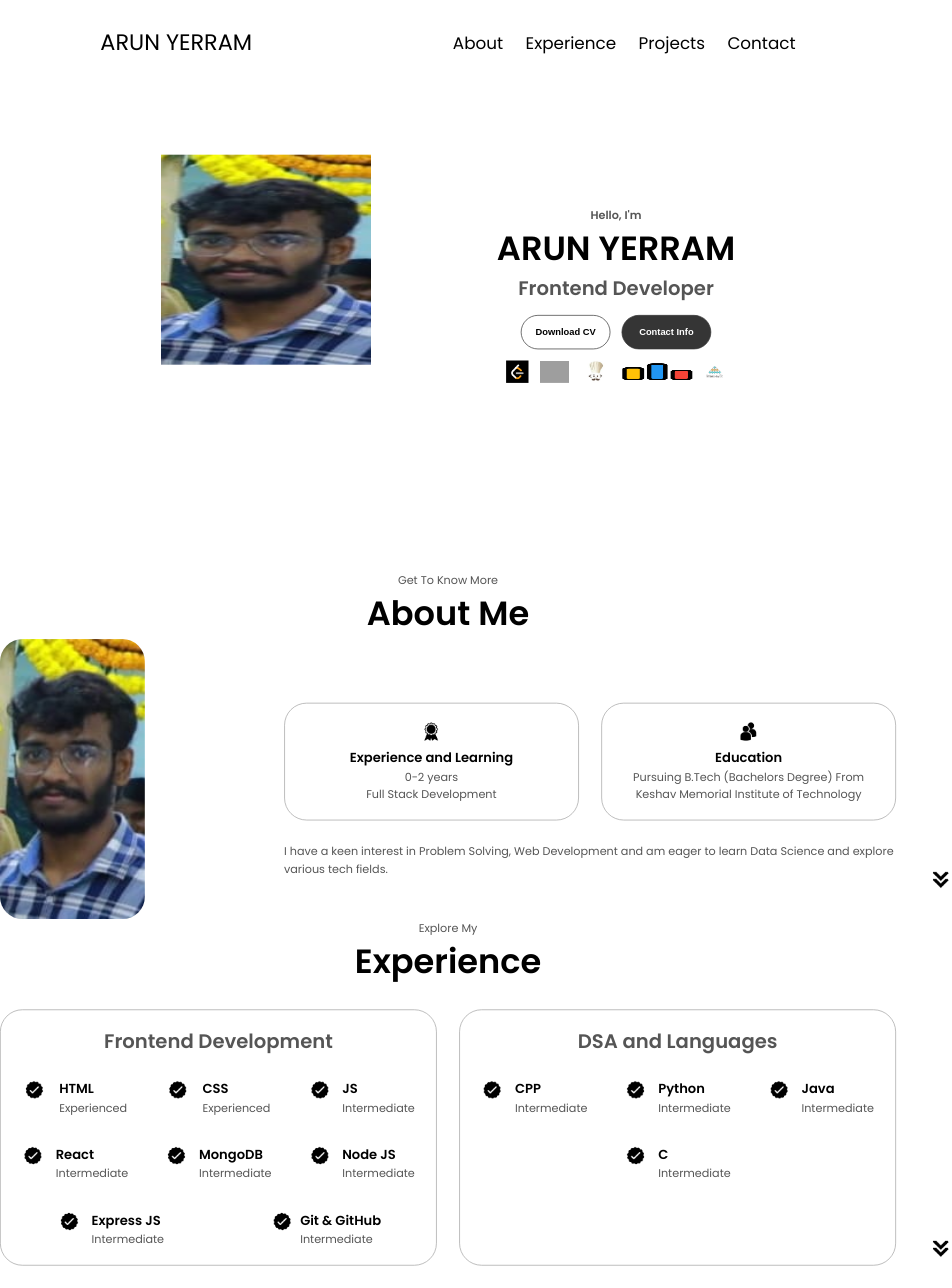
Repository: ARUN-YERRAM/ARUN-YERRAM-PORTFOLIO
Page: portfolio/index.html
An editor plug-in stored every save of this project. The page is shown before and after a run of saves, followed by the edit.
The browser window is 1280 px wide. The page is 1360 px wide, so the pictures cover 1360 px, including what lies to the right of the window. The pictures show the part of the page from y = 0 to 1840 px (the page is 3129 px tall), at 70% of full size.
Pictures or frames that could not be fetched are drawn as grey boxes.

Above is the page before, as saved 2024-07-07 04:42:45.

After the next 2 saves:
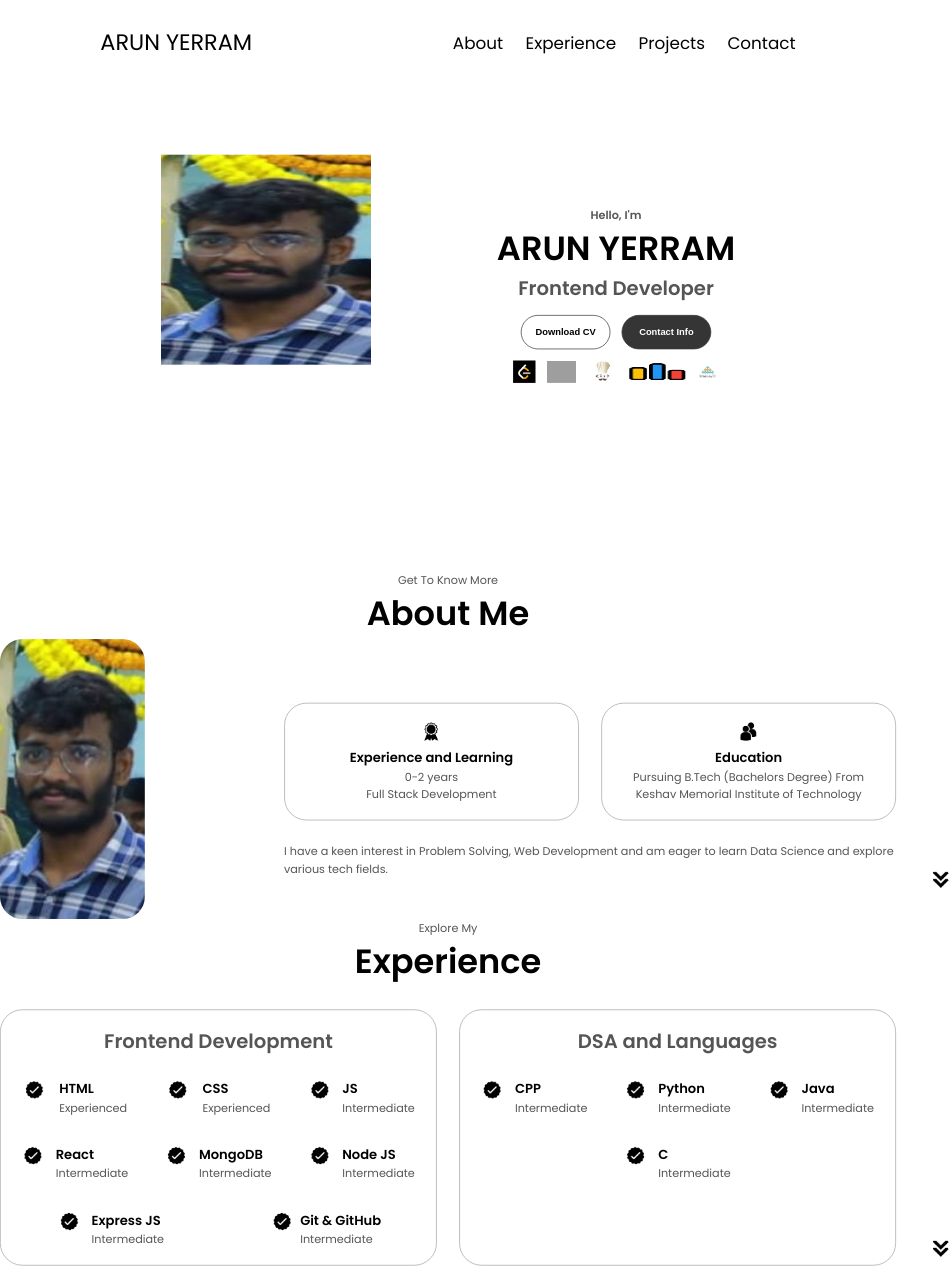
The 2 saves are shown as one change because they came seconds apart.
The last was saved 8 s later.
--- a/portfolio/index.html
+++ b/portfolio/index.html
@@ -52,7 +52,7 @@
         <img src="./assets/leetcode.png" alt="My Leetcode profile" class="icon" onclick="window.open('https://leetcode.com/u/arun_2005/', '_blank')" />
         <img src="./assets/GFG.jpeg" alt="My GFG profile" class="icon" onclick="window.open('https://www.geeksforgeeks.org/user/arunyerram/?utm_source=geeksforgeeks&utm_medium=my_profile&utm_campaign=auth_user', '_blank')" />
         <img src="./assets/CodeChef.jpeg" alt="My CodeChef profile" class="icon" onclick="window.open('https://www.codechef.com/users/yarun2k05', '_blank')" />
-        <img src="./assets/Codeforces.png" alt="My CodeForces profile" class="icon" width="100px"onclick="window.open('https://codeforces.com/profile/Arunyerram_12', '_blank')" />
+        <img src="./assets/Codeforces.png" alt="My CodeForces profile" class="icon" width="80px"onclick="window.open('https://codeforces.com/profile/Arunyerram_12', '_blank')" />
         <img src="./assets/IB.png" alt="My InterviewBit profile" class="icon" onclick="window.open('https://www.interviewbit.com/profile/yerram-arun/', '_blank')" />
       </div>
     </div>
